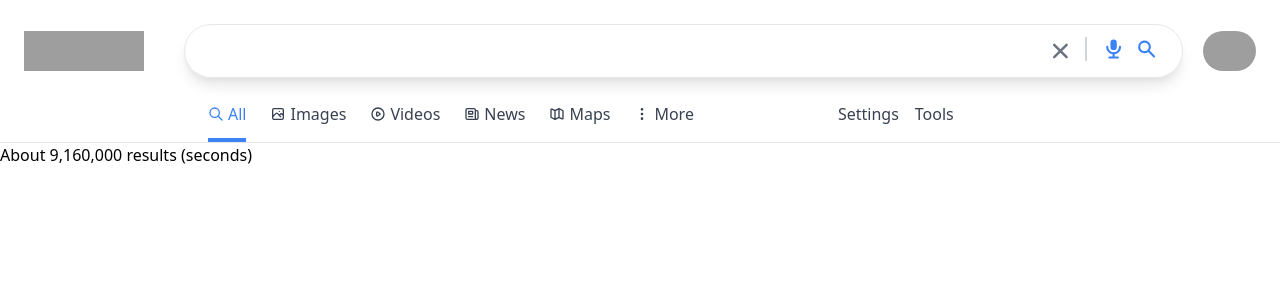
Repository: DecentraMindsCoin/google-search-clone
Page: /search
The author's editor kept a copy of each file at every save. The page is drawn from the files as they stood at one save, then again after a run of saves.
The browser window is 1280 px wide. The pictures show the whole page.
Pictures or frames that could not be fetched are drawn as grey boxes. The project was rebuilt for these pictures with package versions that can differ from the ones it lists, and the page was loaded fresh each time. The framework's server and built-in components were replaced by stand-ins that run in the browser. Also part of the build but not shown: next.config.js, Response.js.

Above is the page before, as saved 2021-05-17 17:29:03.

### pages/search.js

import Head from 'next/head';
import Header from '../components/Header';
import { API_KEY, CONTEXT_KEY }  from '../keys';
import Response from "../Response";
import { useRouter } from "next/router";
import SearchResults from '../components/SearchResults';


function Search({ results }) {
    const router = useRouter();

        console.log(results);

    return (
        <div>
            <Head>
                <title>
                    {router.query.term} - Google Search
                </title>
                <link rel="icon" href=""/>
            </Head>
{/* Header */}

<Header />

{/* Search Results */}
<SearchResults results={results} />


        </div>
    )
}

export default Search;

export async function getServerSideProps(context) {

    const useDummyData = true;
    const startIndex = context.query.start || '0';

    const data = useDummyData ? Response : await fetch(`https://www.googleapis.com/customsearch/v1?key=${API_KEY}&cx=${CONTEXT_KEY}&q=${context.query.term}&start=${startIndex}`).then(response => response.json());

    // After the SERVER has rendered Pass the results to the client
    return {
        props: {
            results: data,
        }
        }
    }

### styles/globals.css
/* ./styles/globals.css */
@tailwind base;
@tailwind components;
@tailwind utilities;

@layer components {
  .btn {
    @apply bg-[#f8f9fa] p-3 rounded-md ring-gray-200 text-sm text-gray-800 hover:ring-1 focus:outline-none active:ring-gray-300 hover:shadow-md;
  }
.link {
  @apply hover:underline cursor-pointer;

  }
}

/* import from tailwind.css and delete preset css */
/* add with @apply to hover link as a modifier and cursor pointer */
/* add button btn custom gray and hover for btn className from feeling luck and Google search text */

### components/Header.js
import Image from 'next/image';
import { useRouter } from 'next/router';
import {useRef} from "react"
import { MicrophoneIcon, XIcon, SearchIcon } from '@heroicons/react/solid';
import Avatar from './Avatar';
import HeaderOptions from './HeaderOptions';


function Header() {
    const router = useRouter();
    const searchInputRef = useRef(null);

    const search = e => {
        e.preventDefault();
        const term = searchInputRef.current.value;


        if (!term) return;

        router.push(`./search?term=${term}`);
    }

    return (
        <header className="sticky top-0 bg-white">
            <div className="flex w-full p-6 items-center">
                <Image
            src='https://www.purepng.com/public/uploads/large/purepng.com-google-logo-2015brandlogobrand-logoiconssymbolslogosgoogle-6815229372333mqrr.png'
            height={40}
            width={120}
            onClick={() => router.push("/")}
            className="cursor-pointer" />
            <form className='px-6 py-3 ml-10 mr-5 flex-grow flex border border-gray-200 rounded-full shadow-lg '>
                <input ref={searchInputRef} type='text' className='flex-grow w-full focus:outline-none' type='text' />
                <XIcon className='h-7 sm:mr-3 text-gray-500 cursor-pointer transition duration-100 transform hover:scale-125'
                onClick={() =>(searchInputRef.current.value = "")}/>
                <MicrophoneIcon className='mr-3 h-6 hidden sm:inline-flex text-blue-500 border-l-2 pl-4 border-gray-300' />
                <SearchIcon className='h-6 text-blue-500 hidden sm:inline-flex'/>
                <button hidden type="submit" onClick={search}>Search</button>
            </form>
            <Avatar className='ml-auto 'url='https://coaching.papareact.com/ai9'/>
            </div>

            {/* Header Options Component */}
            <HeaderOptions />

        </header>
    )
}

export default Header

### keys.js
// Api kWZrnVM42QCiEA2Ig1bG8zjoIMOgxWwYCEeNdwY6Tv
export const API_KEY = 'AIzaSyA7YUDNBCQATijP9l34hGIXqMewhriENoQ'
// Context Key - https://cse.google.com/create/new
export const CONTEXT_KEY = '755fce7d6fc28a46b'

### components/SearchResults.js
function SearchResults({ results}) {
    return (
        <div>
            <p>About {results.searchInformation?.formattedTotalResults} results ({}seconds) </p>
        </div>
    )
}

export default SearchResults

### components/Avatar.js
function Avatar({url, className }) {
    return (<img loading="lazy"
    className={`h-10 rounded-full cursor-pointer transition duration-150 transform hover:scale-110 ${className}`}
    src={url} alt="Profile Pic" />
    );
}

export default Avatar

### components/HeaderOptions.js
import HeaderOption from "./HeaderOption";
import {

    DotsVerticalIcon, MapIcon, NewspaperIcon, PhotographIcon, PlayIcon, SearchIcon,
} from "@heroicons/react/outline"


function HeaderOptions() {
    return (
        <div className="flex w-full text-gray-700 justify-evenly text-sm lg:text-base lg:justify-start lg:space-x-36 lg:pl-52 border-b">
            {/* left */}
           <div className="flex space-x-6">
               <HeaderOption Icon={SearchIcon}  title="All" selected/>
               <HeaderOption Icon={PhotographIcon} title="Images" />
               <HeaderOption Icon={PlayIcon} title="Videos" />
               <HeaderOption Icon={NewspaperIcon} title="News" />
               <HeaderOption Icon={MapIcon} title="Maps" />
               <HeaderOption Icon={DotsVerticalIcon} title="More" />

           </div>
                {/* right */}
            <div className="flex space-x-4">
                <p className="link">Settings</p>
                <p className="link">Tools</p>
            </div>
        </div>
    )
}

export default HeaderOptions

### components/HeaderOption.js
function HeaderOption({ Icon, title, selected}) {
    return (
        <div className={`flex items-center space-x-1 border-b-4 border-transparent hover:text-blue-500 hover:border-blue-500 pb-3 cursor-pointer ${selected && "text-blue-500 border-blue-500"}`}>
            <Icon className="h-4" />
            <p className="hidden sm:inline-flex">{title}</p>
        </div>
    )
}

export default HeaderOption

### tailwind.config.js
module.exports = {
  mode:'jit',
  purge: ['./pages/**/*.{js,ts,jsx,tsx}', './components/**/*.{js,ts,jsx,tsx}'],
  darkMode: false, // or 'media' or 'class'
  theme: {
    extend: {},
  },
  variants: {
    extend: {},
  },
  plugins: [],
}


//insert purge and mode: jit from tailwind.css

Loaded but not shown: pages/_app.js (common file)

After the next 9 saves:
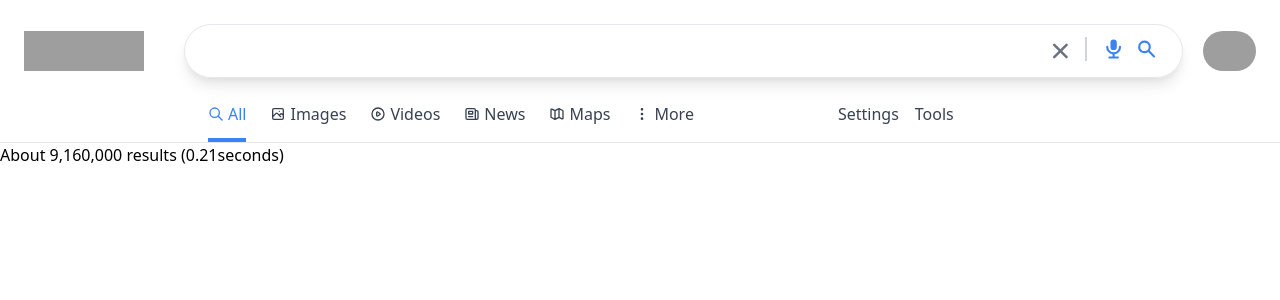
The 9 saves are shown as one change because 5 did not build or start and some came seconds apart.
The last was saved 79 s later.
--- a/components/SearchResults.js
+++ b/components/SearchResults.js
@@ -1,7 +1,7 @@
 function SearchResults({ results}) {
     return (
         <div>
-            <p>About {results.searchInformation?.formattedTotalResults} results ({}seconds) </p>
+            <p>About {results.searchInformation?.formattedTotalResults} results ({results.searchInformation?.formattedSearchTime}seconds) </p>
         </div>
     )
 }
